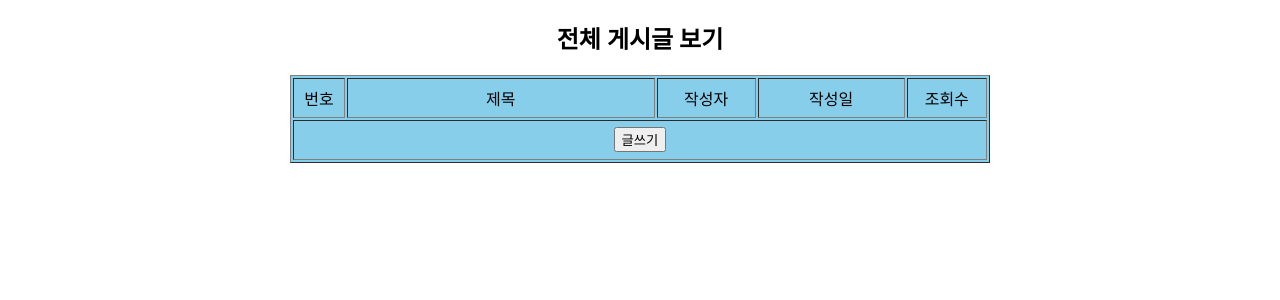
Repository: kdw1437/CreateBoardProject
Page: http://localhost/Board/BoardList.jsp
An editor plug-in stored every save of this project. The page is shown before and after the next save, followed by the edit.
The browser window is 1280 px wide. The pictures show the whole page.
The page is served by Tomcat 9. Other server files are loaded and not shown. Queries for data that is not in the repository find no rows.

Above is the page before, as saved 2024-08-08 07:28:46.

### Board/src/main/webapp/BoardList.jsp
<%@page import="model.BoardBean"%>
<%@page import="java.util.Vector"%>
<%@ page language="java" contentType="text/html; charset=EUC-KR"
    pageEncoding="EUC-KR"%>
<%@ page import="model.BoardDAO" %>
<!DOCTYPE html>
<html>
<body>

<%
	//전체 게시글의 내용을 jsp쪽으로 가져와야 함.
	BoardDAO bdao = new BoardDAO();

	//전체 게시글을 리턴 받아주는 소스
	Vector<BoardBean> vec = bdao.getAllBoard();


%>

<center>
<h2> 전체 게시글 보기</h2>
<table width="700" border="1" bgcolor="skyblue">
	<tr height = "40">
		<td width = "50" align="center"> 번호 </td>
		<td width = "320" align="center"> 제목 </td>
		<td width = "100" align="center"> 작성자 </td>
		<td width = "150" align="center"> 작성일 </td>
		<td width = "80" align="center"> 조회수 </td>
	</tr>

<%
	for (int i = 0; i <vec.size(); i++) {
		BoardBean bean = vec.get(i); //벡터에 저장되어 있는 빈클래스를 하나씩 추출
%>
	<tr height = "40">
		<td width = "50" align="center"> <%= i+1 %> </td>
		<td width = "320" align="left">
		<a href="BoardInfo.jsp?num=<%=bean.getNum()%>" style="text-decoration:none;">

		<%
			if(bean.getRe_step() > 1) {
				for(int j = 0; j < (bean.getRe_step()-1)*5 ; j++) {
		%>&nbsp;
		<%		}
			}
		%>

			<%=bean.getSubject() %></a> </td>
		<td width = "100" align="center"> <%=bean.getWriter() %> </td>
		<td width = "150" align="center"> <%=bean.getReg_date() %> </td>
		<td width = "80" align="center"> <%=bean.getReadcount() %> </td>
	</tr>
<%
	}
%>
	<tr height="40">
		<td align="center" colspan="5">
		<input type="button" value="글쓰기" onclick="location.href='BoardWriteForm.jsp'"></td>
	</tr>

</table>

</center>
</body>
</html>

### Board/src/main/java/model/BoardDAO.java
package model;

import java.sql.Connection;
import java.sql.PreparedStatement;
import java.sql.ResultSet;
import java.util.Vector;

import javax.naming.Context;
import javax.naming.InitialContext;
import javax.sql.DataSource;

public class BoardDAO {

	Connection con;
	PreparedStatement pstmt;
	ResultSet rs;

	//데이터 베이스의 커넥션풀을 사용하도록 설정하는 메소드
	public void getCon() {
		try {
			Context initctx = new InitialContext();
			Context envctx = (Context) initctx.lookup("java:comp/env");
			DataSource ds = (DataSource) envctx.lookup("jdbc/pool");
			//dataSource
			con = ds.getConnection();

		} catch (Exception e) {
			e.printStackTrace();
		}
	}

	//하나의 새로운 게시글이 넘어와서 저장되는 메소드
	public void insertBoard(BoardBean bean) {

		getCon();
		//빈클래스에 넘어오지 않았던 데이터들을 초기화 해주어야 한다.
		int ref = 0;//글 그룹을 의미 = 쿼리를 실행시켜서 가장 큰 ref값을 가져온 후 +1을 더해주면 된다.
		int re_step = 1;//새 글이기에 = 부모 글이기에
		int re_level = 1;

		try {
			//가장 큰 ref값을 읽어오는 쿼리 준비
			String refsql = "select max(ref) from board";
			//쿼리 실행 객체
			pstmt = con.prepareStatement(refsql);
			//쿼리 실행 후 결과를 리턴
			rs = pstmt.executeQuery();

			if (rs.next()) { //결과 값이 있다면
				ref = rs.getInt(1)+1;//최대값에 +1을 더해서 글그룹을 설정
			}

			//실제로 게시글 전체 값을 테이블에 저장
			String sql = "insert into board values(BOARD_SEQ.NEXTVAL,?,?,?,?,sysdate,?,?,?,0,?)";
			pstmt = con.prepareStatement(sql);
			//?에 값을 맵핑
			pstmt.setString(1, bean.getWriter());
			pstmt.setString(2, bean.getEmail());
			pstmt.setString(3, bean.getSubject());
			pstmt.setString(4, bean.getPassword());
			pstmt.setInt(5, ref);
			pstmt.setInt(6, re_step);
			pstmt.setInt(7, re_level);
			pstmt.setString(8, bean.getContent());

			//쿼리를 실행하시오.
			pstmt.executeUpdate();

			//자원 반납(다시 커넥션풀로 돌아간다.)
			con.close();
		} catch (Exception e) {
			e.printStackTrace();		}
	}


	//모든 게시글을 리턴해주는 메소드 작성
	public Vector<BoardBean> getAllBoard() {

		//리턴할 객체 선언
		Vector<BoardBean> v = new Vector<>();

		getCon();

		try {
			//쿼리 준비
			String sql = "select * from board order by ref desc ,re_step asc";

			//쿼리를 실행할 객체 선언
			pstmt = con.prepareStatement(sql);

			//쿼리 실행 후 결과 저장
			rs = pstmt.executeQuery();

			//데이터 개수가 몇개 인지 모르기에, 반복문을 이용하여 데이터를 추출
			while(rs.next()) {
				//데이터를 패키징(가방 = Boardbean 클래스를 이용해서 패키징 해준다.)
				BoardBean bean = new BoardBean();
				bean.setNum(rs.getInt(1));
				bean.setWriter(rs.getString(2));
				bean.setEmail(rs.getString(3));
				bean.setSubject(rs.getString(4));
				bean.setPassword(rs.getString(5));
				bean.setReg_date(rs.getDate(6).toString());
				bean.setRef(rs.getInt(7));
				bean.setRe_step(rs.getInt(8));
				bean.setRe_level(rs.getInt(9));
				bean.setReadcount(rs.getInt(10));
				bean.setContent(rs.getString(11));

				//패키징한 데이터를 벡터에 저장
				v.add(bean);
			}

			con.close();
		} catch (Exception e) {
			e.printStackTrace();
		}
		return v;
	}

	//하나의 게시글을 리턴하는 메소드 작성
	public BoardBean getOneBoard(int num) {

		//리턴타입 선언
		BoardBean bean = new BoardBean();
		getCon();

		try {
		//조회수 증가 쿼리
		String readsql = "update board set readcount = readcount + 1 where num=?";
		pstmt = con.prepareStatement(readsql);
		pstmt.setInt(1, num);

		pstmt.executeUpdate();


		//쿼리 준비
		String sql = "select * from board where num=?";

		//쿼리 실행 객체 선언
		pstmt = con.prepareStatement(sql);
		pstmt.setInt(1, num);

		//쿼리 실행후 결과를 리턴
		rs = pstmt.executeQuery();
		if (rs.next()) {
			bean.setNum(rs.getInt(1));
			bean.setWriter(rs.getString(2));
			bean.setEmail(rs.getString(3));
			bean.setSubject(rs.getString(4));
			bean.setPassword(rs.getString(5));
			bean.setReg_date(rs.getDate(6).toString());
			bean.setRef(rs.getInt(7));
			bean.setRe_step(rs.getInt(8));
			bean.setRe_level(rs.getInt(9));
			bean.setReadcount(rs.getInt(10));
			bean.setContent(rs.getString(11));
		}
		con.close();
		} catch (Exception e) {
			e.printStackTrace();
		}
		return bean;
	}

	//답변글이 저장되는 메소드
	public void reWriteBoard(BoardBean bean) {
		//부모글 그룹과 글레벨 글스텝을 읽어드림
		int ref = bean.getRef();
		int re_step = bean.getRe_step();
		int re_level = bean.getRe_level();

		getCon();

		try {
			//////////////////핵심코드/////////////////////
			//부모 글보다 큰 re_level의 값을 전부 1씩 증가시켜줌
			String levelsql = "update board set re_level=re_level + 1 where ref=? and re_level > ?";

			//쿼리실행객체 선언
			pstmt = con.prepareStatement(levelsql);
			pstmt.setInt(1, ref);
			pstmt.setInt(2, re_level);

			//쿼리 실행
			pstmt.executeUpdate();

			//답변글 데이터를 저장
			String sql = "insert into board values(board_seq.NEXTVAL,?,?,?,?,sysdate,?,?,?,0,?)";
			pstmt = con.prepareStatement(sql);

			//?에 값을 대입
			pstmt.setString(1, bean.getWriter());
			pstmt.setString(2, bean.getEmail());
			pstmt.setString(3, bean.getSubject());
			pstmt.setString(4, bean.getPassword());
			pstmt.setInt(5, ref); //부모의 ref값을 넣어줌
			pstmt.setInt(6, re_step + 1); //답글이기에 부모 글 re_step에 1을 더해줌
			pstmt.setInt(7,  re_level + 1);
			pstmt.setString(8, bean.getContent());

			pstmt.executeUpdate();
			con.close();
		} catch (Exception e) {
			e.printStackTrace();
		}
	}

	//boardupdate용 하나의 게시글을 리턴
	public BoardBean getOneUpdateBoard(int num) {

		//리턴타입 선언
		BoardBean bean = new BoardBean();
		getCon();

		try {

		//쿼리 준비
		String sql = "select * from board where num=?";

		//쿼리 실행 객체 선언
		pstmt = con.prepareStatement(sql);
		pstmt.setInt(1, num);

		//쿼리 실행후 결과를 리턴
		rs = pstmt.executeQuery();
		if (rs.next()) {
			bean.setNum(rs.getInt(1));
			bean.setWriter(rs.getString(2));
			bean.setEmail(rs.getString(3));
			bean.setSubject(rs.getString(4));
			bean.setPassword(rs.getString(5));
			bean.setReg_date(rs.getDate(6).toString());
			bean.setRef(rs.getInt(7));
			bean.setRe_step(rs.getInt(8));
			bean.setRe_level(rs.getInt(9));
			bean.setReadcount(rs.getInt(10));
			bean.setContent(rs.getString(11));
		}
		con.close();
		} catch (Exception e) {
			e.printStackTrace();
		}
		return bean;
	}

	//update와 delete시 필요한 패스워드값을 리턴해주는 메소드
	public String getPass(int num) {
		String pass ="";

		getCon();

		try {
			//쿼리준비
			String sql = "select password from board where num=?";

			//쿼리실행할 객체 선언
			pstmt = con.prepareStatement(sql);
			pstmt.setInt(1, num);
			rs = pstmt.executeQuery();

			//패스워드값을 저장
			if (rs.next()) {
				pass = rs.getString(1); //패스워드 값을 저장
			}

			//자원 반납
			con.close();
		} catch (Exception e) {
			e.printStackTrace();
		}
		return pass;
	}

	//하나의 게시글을 수정하는 메소드
	public void updateBoard(BoardBean bean) {

		getCon();

		try {
			//쿼리 준비
			String sql = "update board set subject=?, content=? where num=?";
			pstmt = con.prepareStatement(sql);

			//?값을 대입
			pstmt.setString(1, bean.getSubject());
			pstmt.setString(2, bean.getContent());
			pstmt.setInt(3, bean.getNum());

			pstmt.executeUpdate();

			con.close();
		} catch (Exception e) {
			e.printStackTrace();
		}
	}

	//하나의 게시글을 삭제하는 메소드
	public void deleteBoard(int num) {

		getCon();

		try {
			//쿼리준비
			String sql = "delete from board where num=?";
			pstmt = con.prepareStatement(sql);
			//?
			pstmt.setInt(1, num);
			//쿼리 실행
			pstmt.executeUpdate();
			//자원 반납
			con.close();

		} catch (Exception e) {
			e.printStackTrace();
		}
	}
}

After the next save:
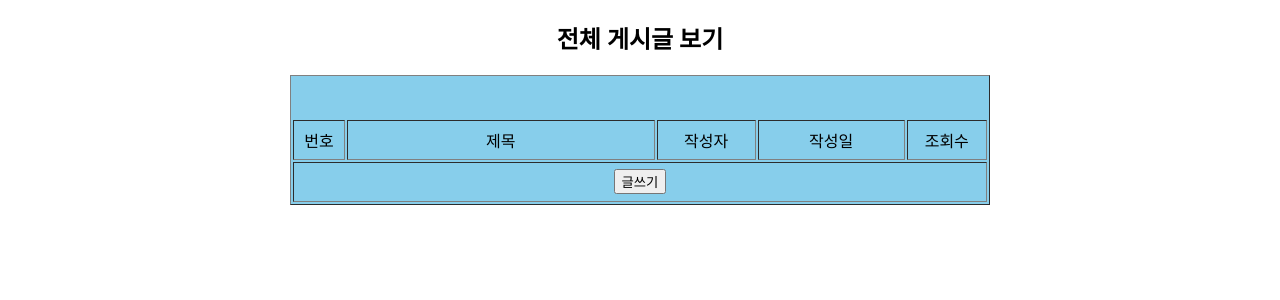
Saved 5 min 21 s later.
--- a/Board/src/main/webapp/BoardList.jsp
+++ b/Board/src/main/webapp/BoardList.jsp
@@ -20,6 +20,7 @@
 <center>
 <h2> 전체 게시글 보기</h2>
 <table width="700" border="1" bgcolor="skyblue">
+	<tr height = "40">
 	<tr height = "40">
 		<td width = "50" align="center"> 번호 </td>
 		<td width = "320" align="center"> 제목 </td>
